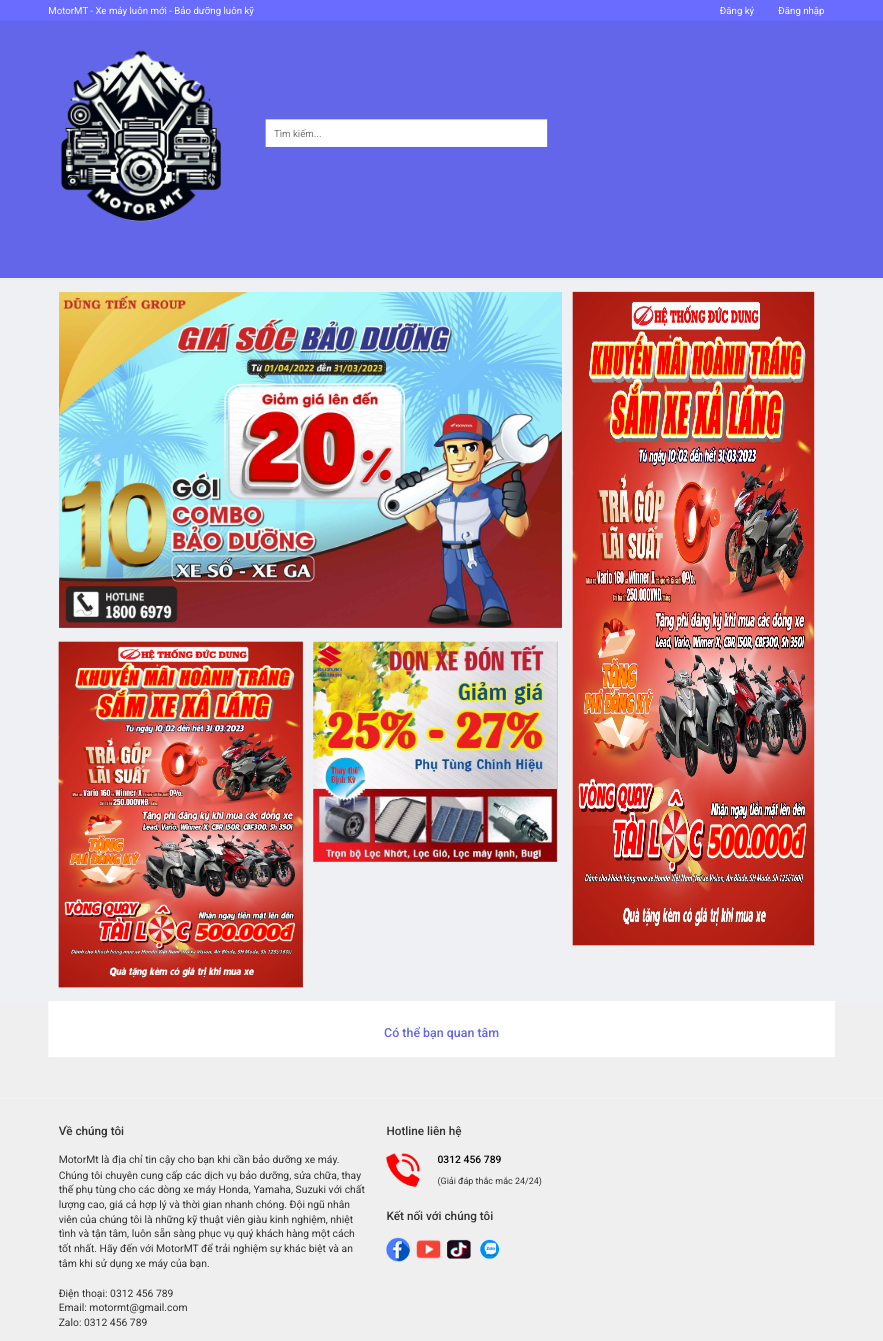
Repository: ThieuDV091002/MotorMaintain
Page: http://localhost/index
An editor plug-in stored every save of this project. The page is shown before and after the next save, followed by the edit.
The browser window is 1280 px wide. The pictures show the whole page, at 69% of full size.
Some web fonts or font styles are not loaded; a fallback is used. The page is this project's Thymeleaf template; nobody is signed in. The template is opened directly, without the code that normally fills it, so the values that code supplies are empty.

Above is the page before, as saved 2024-01-29 11:05:54.
Console error: TypeError: Cannot read properties of null (reading 'style')

After the next save:
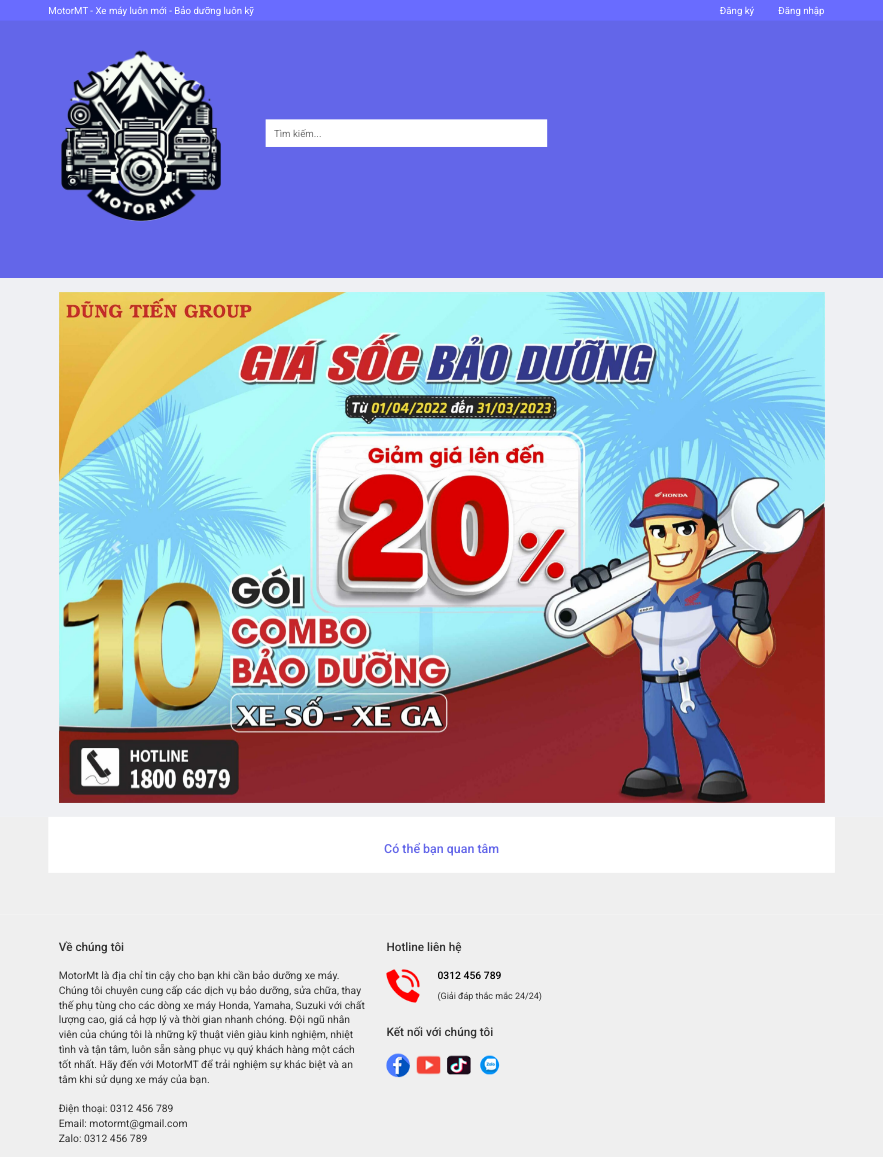
Saved 5 min 7 s later.
--- a/MotorMaintainnanceProject/MotorMaintainanceWebParent/MotorMaintainanceFrontEnd/src/main/resources/templates/index.html
+++ b/MotorMaintainnanceProject/MotorMaintainanceWebParent/MotorMaintainanceFrontEnd/src/main/resources/templates/index.html
@@ -114,7 +114,7 @@
 			<div class="row">
 				<div class="slider col-lg-12 col-md-12 col-sm-0">
 					<div class="row">
-						<div class="slide__left col-lg-8 col-md-0 col-sm-0">
+						<div class="slide__left col-lg-12 col-md-0 col-sm-0">
 							<div id="carouselExampleIndicators" class="carousel slide"
 								 data-ride="carousel" data-interval="3000">
 								<div class="carousel-inner">
@@ -143,20 +143,6 @@
 								<span class="sr-only">Next</span>
 							</a>
 							</div>
-							<div class="slide__left-bottom">
-								<div class="slide__left-botom-one">
-									<img th:src="@{image/khuyen-mai-hoanh-trang-sam-xe-xa-lang-1ejis5wd.jpg}"
-										 class="slide__left-bottom-one-img">
-								</div>
-								<div class="slide__left-bottom-two">
-									<img th:src="@{image/z1196650932994_2260ec67f8619f292a17ec95c6a2b0c3.png}"
-										 class="slide__left-bottom-tow-img">
-								</div>
-							</div>
-						</div>
-
-						<div class="slide__right col-lg-4 col-md-0 col-sm-0">
-							<img th:src="@{image/khuyen-mai-hoanh-trang-sam-xe-xa-lang-1ejis5wd.jpg}" class="slide__right-img">
 						</div>
 					</div>
 				</div>
